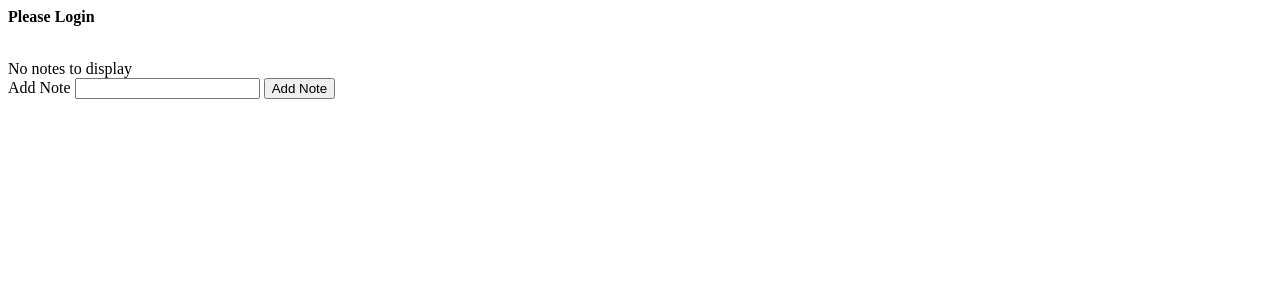
Repository: ramasubbaiya/PHP_Term_1_Course_Work
Page: http://localhost/UserNotes/index.php?do=new
The author's editor kept a copy of each file at every save. The page is drawn from the files as they stood at one save, then again after the next save.
The browser window is 1280 px wide. The pictures show the whole page.
The page is run by PHP 8.4 with error messages shown; the project is at /var/www/html/. Queries for data that is not in the repository find no rows.

Above is the page before, as saved 2015-04-16 13:48:49.

### ZendStudio/Lambton/UserNotes/index.php
<?php
session_start();

/*
 * connect to the database
 * check for connection errors
 */
include ('sqlconn.php');

?>
<!DOCTYPE>
<html>
<head>
</head>
<body>

<?php

include_once 'notes.php';

$user = "";

if (isset($_SESSION['user'])) {
    $user = $_SESSION['user'];
} else {
    echo "<p><b>Please Login </b></p></br>";
}

$getNotes = retrieveNotes();

if (is_array($getNotes)) {

    foreach ($getNotes as $notes) {
        echo $notes['note'];
        if ($_SESSION['user'] == $notes['username']) {
            echo "<a href='notes.php?do=delete&time={$notes['time']}'>Delete Note</a></br>";
        }
    }
} else {
    echo "No notes to display";
}

?>

<!-- // comment // -->
	<form method="post" action="index.php?do=new">
		Add Note <input type="text" name="notes" /> <input type='submit'
			value="Add Note" name='addnote'> <br />

	</form>

<?php

?>





</body>
</html>

### ZendStudio/Lambton/UserNotes/sqlconn.php
<?php

//Connect to the MySQL server using mysqli_connect() with error checking
$conn = mysqli_connect("127.0.0.1", "PHP02", "PHP02", "PHP02");


// error checking
if (mysqli_connect_errno()) {
    printf("Connect failed :%s\n", mysqli_connect_error());
    exit();
} else {

}

### ZendStudio/Lambton/UserNotes/notes.php
<?php
//SQL connection
include 'sqlconn.php';

//$conn = mysqli_connect("127.0.0.1", "PHP02", "PHP02", "PHP02");


$msg="";
if (isset($_GET['do'])) {
    if ($_GET['do'] == "new") {

        if($_POST)
        {
            $user = $_SESSION['user'];
            $note = $_POST['notes'];

            addNotes($user, $note);

        }

    } else if ($_GET['do'] == "delete") {

        $user = $_SESSION['user'];
        $time = $_GET['time'];

        deleteNotes($user, $time);
    }

}


function retrieveNotes(){

    include 'sqlconn.php';

    $query = "SELECT * FROM notes_table";
    $result = mysqli_query($conn, $query);
    //print_r($result);
    //$result1 = mysqli_affected_rows($conn);
    //print_r($result1);
    if ($result) {
        $notes = array();
        $row=mysqli_fetch_array($result);
        while ($row) {
            $notes[] = array("user" => $row['username'], "note" => $row['note'], "time" => $row['time']);
        }
    }


}

function addNotes($user,$notes){

    include 'sqlconn.php';

    $query = "insert into notes_table (username,note) values('{$user}','{$notes}');";
    $result = mysqli_query($conn, $query);
    if ($result) {
        if (mysqli_affected_rows($conn) > 0) {
            mysqli_close($conn);
            return true;
        }
    }
    mysqli_close($conn);
    return false;

}

function deleteNotes($user,$time){

        include 'sqlconn.php';

        $query = "delete from notes_table where username='{$user}' and time='{$time}'";
        $result = mysqli_query($conn, $query);
        if ($result) {
            if (mysqli_affected_rows($conn) > 0) {
                mysqli_close($conn);

            }
        }
        mysqli_close($conn);
}

After the next save:
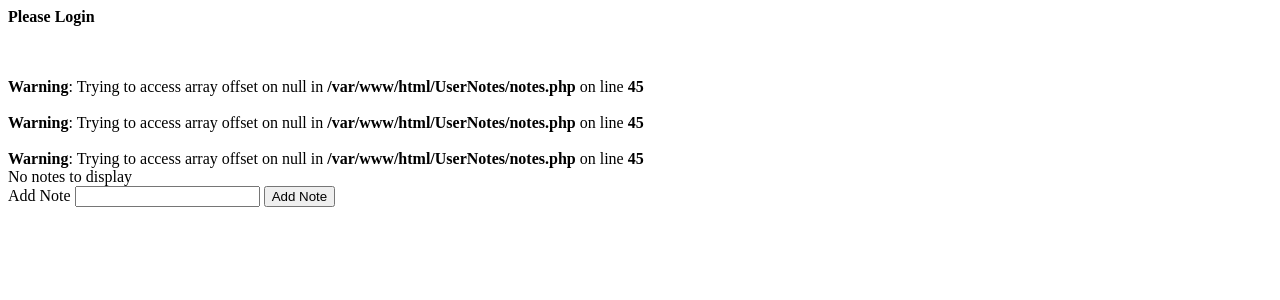
Saved 65 s later.
--- a/ZendStudio/Lambton/UserNotes/notes.php
+++ b/ZendStudio/Lambton/UserNotes/notes.php
@@ -41,9 +41,9 @@
     if ($result) {
         $notes = array();
         $row=mysqli_fetch_array($result);
-        while ($row) {
+        do {
             $notes[] = array("user" => $row['username'], "note" => $row['note'], "time" => $row['time']);
-        }
+        }while($row);
     }
 
 

After the save that followed:
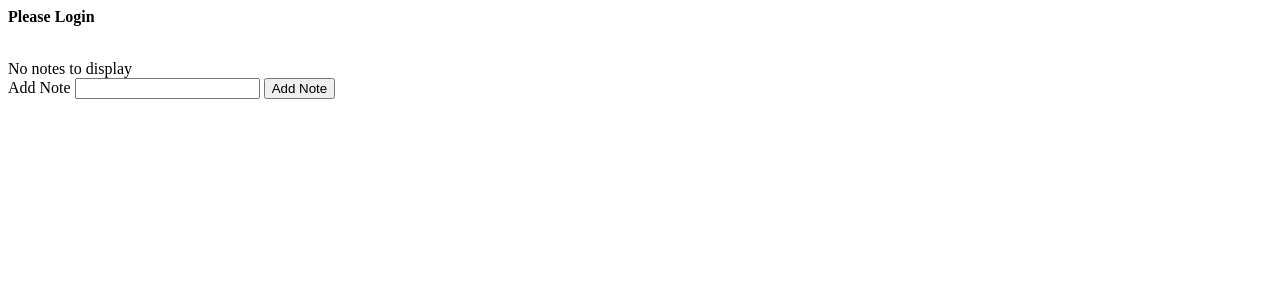
Saved 33 s later.
--- a/ZendStudio/Lambton/UserNotes/notes.php
+++ b/ZendStudio/Lambton/UserNotes/notes.php
@@ -41,9 +41,10 @@
     if ($result) {
         $notes = array();
         $row=mysqli_fetch_array($result);
-        do {
+        print_r($row);
+        while($row) {
             $notes[] = array("user" => $row['username'], "note" => $row['note'], "time" => $row['time']);
-        }while($row);
+        }
     }
 
 
